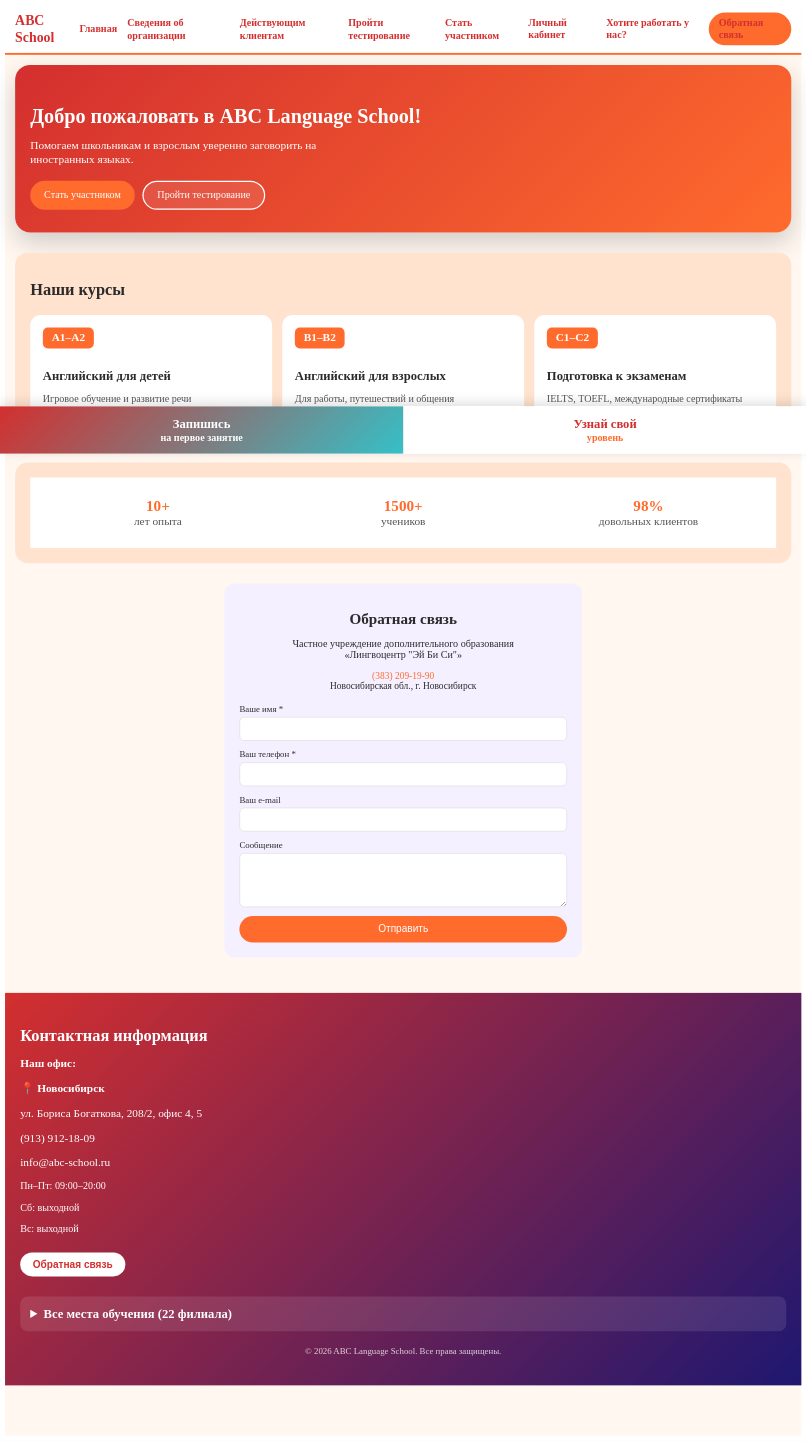
Repository: vidergooold/abc-language-school
Page: / (app in frontend/)
The author's editor kept a copy of each file at every save. The page is drawn from the files as they stood at one save, then again after the next save.
The browser window is 1280 px wide. The pictures show the whole page, at 63% of full size.
The project was rebuilt for these pictures with package versions that can differ from the ones it lists, and the page was loaded fresh each time. Also part of the build but not shown: frontend/vite.config.ts, frontend/src/components/courses/CoursesFilter.vue, frontend/src/components/courses/CourseCard.vue, frontend/src/components/courses/CoursesGrid.vue, frontend/src/pages/Courses.vue, frontend/src/pages/Login.vue, frontend/src/pages/Register.vue, frontend/src/pages/Enroll.vue and 22 more.

Above is the page before, as saved 2026-01-11 21:33:41.

### frontend/src/main.ts
import { createApp } from 'vue'
import App from './App.vue'
import router from './router'
import './styles/theme.css'

import { createPinia } from 'pinia'

const pinia = createPinia()

createApp(App)
  .use(router)
  .use(pinia)
  .mount('#app')

### frontend/src/App.vue
<template>
  <div class="app">
    <Header />
    <main class="app-main">
      <router-view />
    </main>
    <Footer />
    <ScrollToTop />
    <FloatingCTA />
  </div>
</template>

<script setup lang="ts">
import Header from './components/layout/Header.vue'
import Footer from './components/layout/Footer.vue'
import ScrollToTop from './components/ui/ScrollToTop.vue'
import FloatingCTA from './components/ui/FloatingCTA.vue'
</script>

<style scoped>
.app {
  min-height: 100vh;
  display: flex;
  flex-direction: column;
  background: var(--bg-main);
  color: var(--text-main);
  font-size: var(--font-size-base);
  padding-bottom: 80px;
}

.app-main {
  flex: 1;
  padding: 16px;
}
</style>

### frontend/src/router/index.ts
import { createRouter, createWebHistory } from 'vue-router'

import Home from '@/pages/Home.vue'
import Courses from '@/pages/Courses.vue'
import Login from '@/pages/Login.vue'
import Register from '@/pages/Register.vue'
import Enroll from '@/pages/Enroll.vue'
import Testing from '@/pages/Testing.vue'
import Jobs from '@/pages/Jobs.vue'

// Organization layout и подстраницы
import OrganizationLayout from '@/components/layout/OrganizationLayout.vue'
import OrgMain from '@/pages/organization/Main.vue'
import OrgStructure from '@/pages/organization/Structure.vue'
import OrgDocs from '@/pages/organization/Docs.vue'
import OrgEducation from '@/pages/organization/Education.vue'
import OrgManagement from '@/pages/organization/Management.vue'
import OrgStaff from '@/pages/organization/Staff.vue'
import OrgFacilities from '@/pages/organization/Facilities.vue'
import OrgServices from '@/pages/organization/Services.vue'
import OrgFinance from '@/pages/organization/Finance.vue'
import OrgVacancies from '@/pages/organization/Vacancies.vue'
import OrgInternational from '@/pages/organization/International.vue'

// Clients layout и подстраницы
import ClientsLayout from '@/components/layout/ClientsLayout.vue'
import ClientsImportant from '@/pages/clients/Important.vue'
import ClientsHolidays from '@/pages/clients/Holidays.vue'
import ClientsPayment from '@/pages/clients/Payment.vue'
import ClientsTax from '@/pages/clients/Tax.vue'

import AccountLayout from '@/components/layout/AccountLayout.vue'
import Profile from '@/pages/account/Profile.vue'

import { useAuthStore } from '@/stores/auth'

const router = createRouter({
  history: createWebHistory(),
  routes: [
    { path: '/', component: Home },
    { path: '/courses', component: Courses },
    { path: '/enroll', component: Enroll },
    { path: '/testing', component: Testing },
    { path: '/jobs', component: Jobs },
    { path: '/login', component: Login },
    { path: '/register', component: Register },

    // Organization с вложенными маршрутами
    {
      path: '/organization',
      component: OrganizationLayout,
      redirect: '/organization/main',
      children: [
        { path: 'main', component: OrgMain },
        { path: 'structure', component: OrgStructure },
        { path: 'docs', component: OrgDocs },
        { path: 'education', component: OrgEducation },
        { path: 'management', component: OrgManagement },
        { path: 'staff', component: OrgStaff },
        { path: 'facilities', component: OrgFacilities },
        { path: 'services', component: OrgServices },
        { path: 'finance', component: OrgFinance },
        { path: 'vacancies', component: OrgVacancies },
        { path: 'international', component: OrgInternational },
      ],
    },

    // Clients с вложенными маршрутами
    {
      path: '/clients',
      component: ClientsLayout,
      redirect: '/clients/important',
      children: [
        { path: 'important', component: ClientsImportant },
        { path: 'holidays', component: ClientsHolidays },
        { path: 'payment', component: ClientsPayment },
        { path: 'tax', component: ClientsTax },
      ],
    },

    {
      path: '/account',
      component: AccountLayout,
      meta: { requiresAuth: true },
      children: [
        { path: '', component: Profile },
      ],
    },
  ],
})

router.beforeEach((to) => {
  const auth = useAuthStore()
  if (to.meta.requiresAuth && !auth.token) {
    return '/login'
  }
})

export default router

### frontend/src/styles/theme.css
:root {
  /* Цвета */
  --bg-main: #fff7f0; /* тёплый фон страницы */
  --bg-white: #ffffff;
  --brand-orange: #ff6b2d; /* яркий оранжевый */
  --brand-red: #e53935;    /* акцентный красный */
  --brand-purple: #d32f2f; /* тёмно-красный */

  --text-main: #2b2b2b;
  --text-secondary: #555555;

  /* Типографика */
  --font-size-base: 18px;
  --font-size-h1: 32px;
  --font-size-h2: 26px;
  --font-size-h3: 20px;

  /* Прочее */
  --border-radius: 16px;
}

### frontend/src/components/layout/Header.vue
<template>
  <header class="header">
    <RouterLink to="/" class="logo">ABC School</RouterLink>

    <nav class="nav">
      <RouterLink to="/">Главная</RouterLink>

      <div class="nav-item nav-dropdown">
        <span>Сведения об организации</span>
        <div class="nav-dropdown__menu">
          <RouterLink to="/organization/main">Основные сведения</RouterLink>
          <RouterLink to="/organization/structure">
            Структура и управление
          </RouterLink>
          <RouterLink to="/organization/docs">Документы</RouterLink>
          <RouterLink to="/organization/education">Образование</RouterLink>
          <RouterLink to="/organization/management">Руководство</RouterLink>
          <RouterLink to="/organization/staff">Педагогический состав</RouterLink>
          <RouterLink to="/organization/facilities">
            Материально-техническое обеспечение
          </RouterLink>
          <RouterLink to="/organization/services">
            Платные образовательные услуги
          </RouterLink>
          <RouterLink to="/organization/finance">
            Финансово-хозяйственная деятельность
          </RouterLink>
          <RouterLink to="/organization/vacancies">Вакантные места</RouterLink>
          <RouterLink to="/organization/international">
            Международное сотрудничество
          </RouterLink>
        </div>
      </div>

      <div class="nav-item nav-dropdown">
        <span>Действующим клиентам</span>
        <div class="nav-dropdown__menu">
          <RouterLink to="/clients/important">Важная информация</RouterLink>
          <RouterLink to="/clients/holidays">
            Каникулы и выходные дни
          </RouterLink>
          <RouterLink to="/clients/payment">
            Оплата, перерасчет, возврат
          </RouterLink>
          <RouterLink to="/clients/tax">Налоговый вычет</RouterLink>
        </div>
      </div>

      <div class="nav-item nav-dropdown">
        <span>Пройти тестирование</span>
        <div class="nav-dropdown__menu">
          <RouterLink to="/testing">1–5 классы</RouterLink>
          <RouterLink to="/testing">6–8 классы</RouterLink>
          <RouterLink to="/testing">9–11 классы, взрослые</RouterLink>
        </div>
      </div>

      <div class="nav-item nav-dropdown">
        <span>Стать участником</span>
        <div class="nav-dropdown__menu">
          <RouterLink to="/enroll">Анкета школьника</RouterLink>
          <RouterLink to="/enroll">Анкета взрослого</RouterLink>
          <RouterLink to="/enroll">Анкета дошкольника</RouterLink>
        </div>
      </div>

      <RouterLink to="/account" class="nav-item">
        Личный кабинет
      </RouterLink>

      <RouterLink to="/jobs" class="nav-item">
        Хотите работать у нас?
      </RouterLink>

      <a href="/#feedback" class="nav-item nav-feedback" @click="scrollToFeedback">
        Обратная связь
      </a>
    </nav>
  </header>
</template>

<script setup lang="ts">
import { RouterLink } from 'vue-router'

function scrollToFeedback(e: Event) {
  e.preventDefault()
  const el = document.getElementById('feedback')
  if (el) {
    el.scrollIntoView({ behavior: 'smooth' })
  } else {
    // если не на главной — переходим на главную с якорем
    window.location.href = '/#feedback'
  }
}
</script>

<style scoped>
.header {
  display: flex;
  justify-content: space-between;
  align-items: center;
  padding: 12px 16px;
  background: #ffffff;
  border-bottom: 3px solid var(--brand-orange);
}

.logo {
  font-weight: 700;
  font-size: 22px;
  color: var(--brand-purple);
  text-decoration: none;
  cursor: pointer;
  transition: color 0.2s;
}

.logo:hover {
  color: var(--brand-orange);
}

.nav {
  display: flex;
  gap: 16px;
  align-items: center;
}

.nav a,
.nav-item span {
  font-size: 16px;
  font-weight: 600;
  color: var(--brand-purple);
  text-decoration: none;
}

.nav-item {
  position: relative;
  cursor: pointer;
}

/* выпадающие меню */
.nav-dropdown__menu {
  display: none;
  position: absolute;
  top: 120%;
  left: 0;
  flex-direction: column;
  background: #fff7f0;
  padding: 12px 0;
  border-radius: 10px;
  box-shadow: 0 6px 18px rgba(0, 0, 0, 0.18);
  min-width: 280px;
  z-index: 10;
}

.nav-dropdown:hover .nav-dropdown__menu {
  display: flex;
}

.nav-dropdown__menu a {
  padding: 12px 16px;
  white-space: nowrap;
  font-size: 15px;
}

.nav-dropdown__menu a:hover {
  background: #ffe3cf;
}

.nav-feedback {
  padding: 8px 16px;
  border-radius: 999px;
  background: var(--brand-orange);
  color: #ffffff;
  text-decoration: none;
}

.nav-feedback:hover {
  background: var(--brand-red);
}
</style>

### frontend/src/components/ui/ScrollToTop.vue
<template>
  <button
    v-if="visible"
    class="scroll-top"
    @click="scrollToTop"
    aria-label="Наверх"
  >
    ↑
  </button>
</template>

<script setup lang="ts">
import { onMounted, onBeforeUnmount, ref } from 'vue'

const visible = ref(false)

function onScroll() {
  visible.value = window.scrollY > 300
}

function scrollToTop() {
  window.scrollTo({ top: 0, behavior: 'smooth' })
}

onMounted(() => {
  window.addEventListener('scroll', onScroll)
})

onBeforeUnmount(() => {
  window.removeEventListener('scroll', onScroll)
})
</script>

<style scoped>
.scroll-top {
  position: fixed;
  right: 24px;
  bottom: 100px; /* было 32px — подняли над фиксированными кнопками */
  width: 56px;
  height: 56px;
  border-radius: 999px;
  border: none;
  background: var(--brand-orange);
  color: #fff;
  font-size: 32px;
  cursor: pointer;
  box-shadow: 0 6px 16px rgba(0, 0, 0, 0.25);
  transition: transform 0.2s, box-shadow 0.2s;
  z-index: 101; /* выше FloatingCTA */
}

.scroll-top:hover {
  transform: translateY(-4px);
  box-shadow: 0 8px 20px rgba(0, 0, 0, 0.3);
}
</style>

### frontend/src/components/ui/FloatingCTA.vue
<template>
  <div class="floating-cta">
    <RouterLink to="/enroll" class="cta-btn cta-btn--enroll">
      <span class="cta-btn__title">Запишись</span>
      <span class="cta-btn__subtitle">на первое занятие</span>
    </RouterLink>

    <RouterLink to="/testing" class="cta-btn cta-btn--level">
      <span class="cta-btn__title">Узнай свой</span>
      <span class="cta-btn__subtitle">уровень</span>
    </RouterLink>
  </div>
</template>

<script setup lang="ts">
import { RouterLink } from 'vue-router'
</script>

<style scoped>
.floating-cta {
  position: fixed;
  bottom: 0;
  left: 0;
  right: 0;
  display: grid;
  grid-template-columns: 1fr 1fr;
  gap: 0;
  z-index: 100;
  box-shadow: 0 -4px 20px rgba(0, 0, 0, 0.15);
}

.cta-btn {
  padding: 16px 20px;
  text-align: center;
  text-decoration: none;
  display: flex;
  flex-direction: column;
  align-items: center;
  justify-content: center;
  transition: transform 0.2s;
}

.cta-btn:hover {
  transform: translateY(-4px);
}

.cta-btn--enroll {
  background: linear-gradient(135deg, var(--brand-purple), #35c0c7);
  color: #ffffff;
}

.cta-btn--level {
  background: #ffffff;
  color: var(--brand-purple);
  border-left: 1px solid #e0e0e0;
}

.cta-btn__title {
  font-size: 20px;
  font-weight: 700;
  margin-bottom: 2px;
}

.cta-btn__subtitle {
  font-size: 16px;
  font-weight: 600;
}

.cta-btn--level .cta-btn__subtitle {
  color: var(--brand-orange);
}
</style>

### frontend/src/pages/Home.vue
<template>
  <div class="home">
    <!-- Hero -->
    <section class="hero">
      <div class="hero__content">
        <h1 class="hero__title">
          Добро пожаловать в ABC Language School!
        </h1>
        <p class="hero__text">
          Помогаем школьникам и взрослым уверенно заговорить
          на иностранных языках.
        </p>

        <div class="hero__actions">
          <RouterLink to="/enroll" class="btn btn-primary">
            Стать участником
          </RouterLink>
          <RouterLink to="/testing" class="btn btn-secondary">
            Пройти тестирование
          </RouterLink>
        </div>
      </div>
    </section>

    <!-- Превью курсов (убрали повторный заголовок) -->
    <section class="section">
      <CoursesPreview />
    </section>

    <!-- Блок преимуществ / статистики -->
    <section class="section">
      <StatsBlock />
    </section>

    <!-- Обратная связь -->
    <section id="feedback" class="section feedback-section">
      <FeedbackForm />
    </section>
  </div>
</template>

<script setup lang="ts">
import CoursesPreview from '@/components/home/CoursesPreview.vue'
import StatsBlock from '@/components/home/StatsBlock.vue'
import FeedbackForm from '@/components/home/FeedbackForm.vue'

</script>

<style scoped>
.home {
  display: flex;
  flex-direction: column;
  gap: 32px;
}

/* Hero */
.hero {
  background: linear-gradient(135deg, var(--brand-purple), var(--brand-orange));
  color: #ffffff;
  border-radius: 24px;
  padding: 36px 24px;
  box-shadow: 0 16px 40px rgba(0, 0, 0, 0.18);
}

.hero__title {
  font-size: var(--font-size-h1);
  font-weight: 700;
  margin-bottom: 12px;
}

.hero__text {
  font-size: 18px;
  margin-bottom: 24px;
  max-width: 520px;
}

.hero__actions {
  display: flex;
  flex-wrap: wrap;
  gap: 12px;
}

.btn {
  display: inline-flex;
  align-items: center;
  justify-content: center;
  padding: 12px 22px;
  border-radius: 999px;
  font-size: 16px;
  text-decoration: none;
  cursor: pointer;
}

.btn-primary {
  background: var(--brand-orange);
  color: #ffffff;
}

.btn-secondary {
  border: 2px solid #ffffff;
  color: #ffffff;
  background: rgba(255, 255, 255, 0.1);
}

/* Оранжевые секции */
.section {
  background: #ffe3cf;
  border-radius: 20px;
  padding: 24px;
}

.feedback-section {
  background: transparent;
  padding: 0;
}
</style>

### frontend/src/stores/auth.ts
import { defineStore } from 'pinia'
import http from '@/api/http'

export const useAuthStore = defineStore('auth', {
  state: () => ({
    token: localStorage.getItem('token') as string | null,
  }),

  actions: {
    async login(email: string, password: string) {
      const res = await http.post('/auth/login', { email, password })
      this.token = res.data.access_token
      localStorage.setItem('token', this.token!)
    },
    logout() {
      this.token = null
      localStorage.removeItem('token')
    },
  },
})

### frontend/src/components/home/CoursesPreview.vue
<template>
  <section class="courses">
    <h2 class="section-title">Наши курсы</h2>

    <div class="courses-grid">
      <div class="course-card">
        <span class="level">A1–A2</span>
        <h3>Английский для детей</h3>
        <p>Игровое обучение и развитие речи</p>
      </div>

      <div class="course-card">
        <span class="level">B1–B2</span>
        <h3>Английский для взрослых</h3>
        <p>Для работы, путешествий и общения</p>
      </div>

      <div class="course-card">
        <span class="level">C1–C2</span>
        <h3>Подготовка к экзаменам</h3>
        <p>IELTS, TOEFL, международные сертификаты</p>
      </div>
    </div>
  </section>
</template>

<style scoped>
.courses {
  padding: 0;
}

.section-title {
  font-size: 26px;
  font-weight: 700;
  margin-bottom: 24px;
}

.courses-grid {
  display: grid;
  grid-template-columns: 1fr;
  gap: 16px;
}

.course-card {
  background: var(--bg-white);
  padding: 20px;
  border-radius: var(--border-radius);
}

.course-card .level {
  display: inline-block;
  background: var(--brand-orange);
  color: #ffffff;
  padding: 6px 14px;
  border-radius: 8px;
  font-size: 18px;
  font-weight: 700;
  margin-bottom: 12px;
}

.course-card h3 {
  font-size: 20px;
  margin-bottom: 8px;
}

.course-card p {
  font-size: 16px;
  color: var(--text-secondary);
}

@media (min-width: 768px) {
  .courses-grid {
    grid-template-columns: repeat(3, 1fr);
  }
}
</style>

### frontend/src/components/home/StatsBlock.vue
<template>
  <section class="stats">
    <div class="stats__item">
      <strong>10+</strong>
      <span>лет опыта</span>
    </div>

    <div class="stats__item">
      <strong>1500+</strong>
      <span>учеников</span>
    </div>

    <div class="stats__item">
      <strong>98%</strong>
      <span>довольных клиентов</span>
    </div>
  </section>
</template>

<style scoped>
.stats {
  display: grid;
  grid-template-columns: 1fr;
  gap: 16px;
  padding: 32px 16px;
  background: var(--bg-white);
}

.stats__item {
  text-align: center;
}

.stats__item strong {
  font-size: 24px;
  color: var(--brand-orange);
}

.stats__item span {
  display: block;
  color: var(--text-secondary);
}

@media (min-width: 768px) {
  .stats {
    grid-template-columns: repeat(3, 1fr);
  }
}
</style>

### frontend/src/components/home/FeedbackForm.vue
<template>
  <div class="feedback">
    <h2 class="feedback__title">Обратная связь</h2>

    <p class="feedback__org">
      Частное учреждение дополнительного образования<br />
      «Лингвоцентр &quot;Эй Би Си&quot;»
    </p>

    <p class="feedback__contact">
      <a href="tel:+73832091990">(383) 209-19-90</a><br />
      Новосибирская обл., г. Новосибирск
    </p>

    <form class="feedback__form" @submit.prevent="submit">
      <div class="field">
        <label>Ваше имя *</label>
        <input v-model="name" type="text" required />
      </div>

      <div class="field">
        <label>Ваш телефон *</label>
        <input v-model="phone" type="tel" required />
      </div>

      <div class="field">
        <label>Ваш e‑mail</label>
        <input v-model="email" type="email" />
      </div>

      <div class="field">
        <label>Сообщение</label>
        <textarea v-model="message" rows="4" />
      </div>

      <button class="submit-btn" type="submit">
        Отправить
      </button>
    </form>
  </div>
</template>

<script setup lang="ts">
import { ref } from 'vue'

const name = ref('')
const phone = ref('')
const email = ref('')
const message = ref('')

function submit() {
  // здесь позже можно добавить отправку на backend
  alert('Спасибо! Мы свяжемся с вами.')
}
</script>

<style scoped>
.feedback {
  max-width: 520px;
  margin: 0 auto;
  padding: 24px;
  background: #f5f0ff;
  border-radius: 16px;
}

.feedback__title {
  font-size: 24px;
  margin-bottom: 12px;
  text-align: center;
}

.feedback__org {
  font-size: 16px;
  text-align: center;
  margin-bottom: 8px;
}

.feedback__contact {
  font-size: 15px;
  text-align: center;
  margin-bottom: 20px;
}

.feedback__contact a {
  color: var(--brand-orange);
  text-decoration: none;
}

.feedback__form .field {
  display: flex;
  flex-direction: column;
  margin-bottom: 14px;
}

.feedback__form label {
  font-size: 14px;
  margin-bottom: 4px;
}

.feedback__form input,
.feedback__form textarea {
  padding: 10px;
  border-radius: 8px;
  border: 1px solid #ddd;
  font-size: 14px;
}

.submit-btn {
  width: 100%;
  padding: 12px;
  border-radius: 999px;
  border: none;
  background: var(--brand-orange);
  color: #fff;
  font-size: 16px;
  cursor: pointer;
}
</style>

### frontend/src/api/http.ts
import axios from 'axios'
import { useAuthStore } from '@/stores/auth'

const http = axios.create({
  baseURL: 'http://localhost:8000/api/v1',
  headers: {
    'Content-Type': 'application/json',
  },
})

// автоматически добавляем JWT, если есть
http.interceptors.request.use((config) => {
  const authStore = useAuthStore()
  if (authStore.token) {
    config.headers = config.headers || {}
    config.headers.Authorization = `Bearer ${authStore.token}`
  }
  return config
})

export default http

Loaded but not shown: frontend/index.html (common file); frontend/src/components/layout/Footer.vue (389 lines, source omitted)

After the next save:
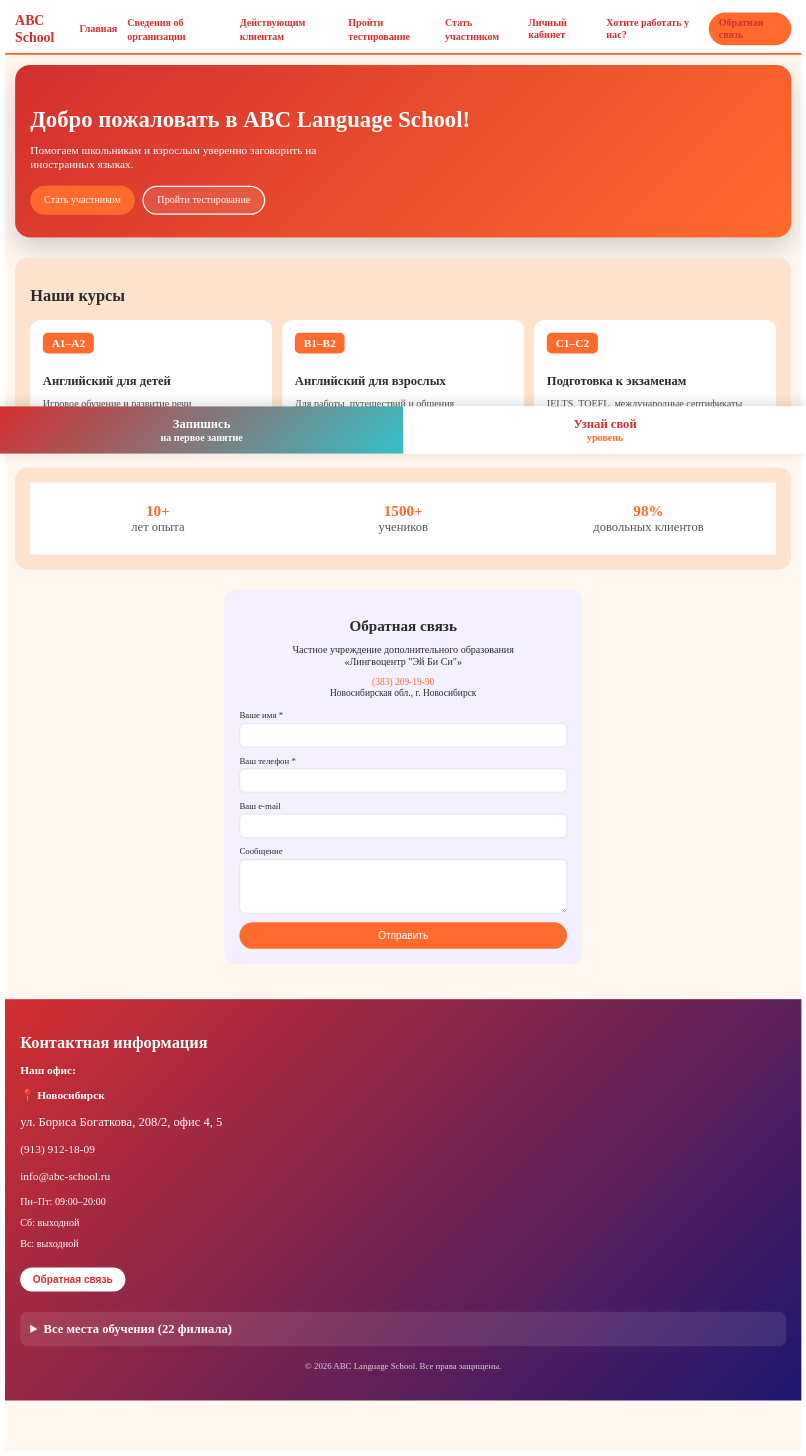
Saved 6 min 44 s later.
--- a/frontend/src/styles/theme.css
+++ b/frontend/src/styles/theme.css
@@ -1,19 +1,19 @@
 :root {
   /* Цвета */
-  --bg-main: #fff7f0; /* тёплый фон страницы */
+  --bg-main: #fff7f0;
   --bg-white: #ffffff;
-  --brand-orange: #ff6b2d; /* яркий оранжевый */
-  --brand-red: #e53935;    /* акцентный красный */
-  --brand-purple: #d32f2f; /* тёмно-красный */
+  --brand-orange: #ff6b2d;
+  --brand-red: #e53935;
+  --brand-purple: #d32f2f;
 
   --text-main: #2b2b2b;
   --text-secondary: #555555;
 
-  /* Типографика */
-  --font-size-base: 18px;
-  --font-size-h1: 32px;
-  --font-size-h2: 26px;
-  --font-size-h3: 20px;
+  /* Типографика — увеличили все размеры */
+  --font-size-base: 20px;   /* было 18px */
+  --font-size-h1: 36px;     /* было 32px */
+  --font-size-h2: 30px;     /* было 26px */
+  --font-size-h3: 24px;     /* было 20px */
 
   /* Прочее */
   --border-radius: 16px;
